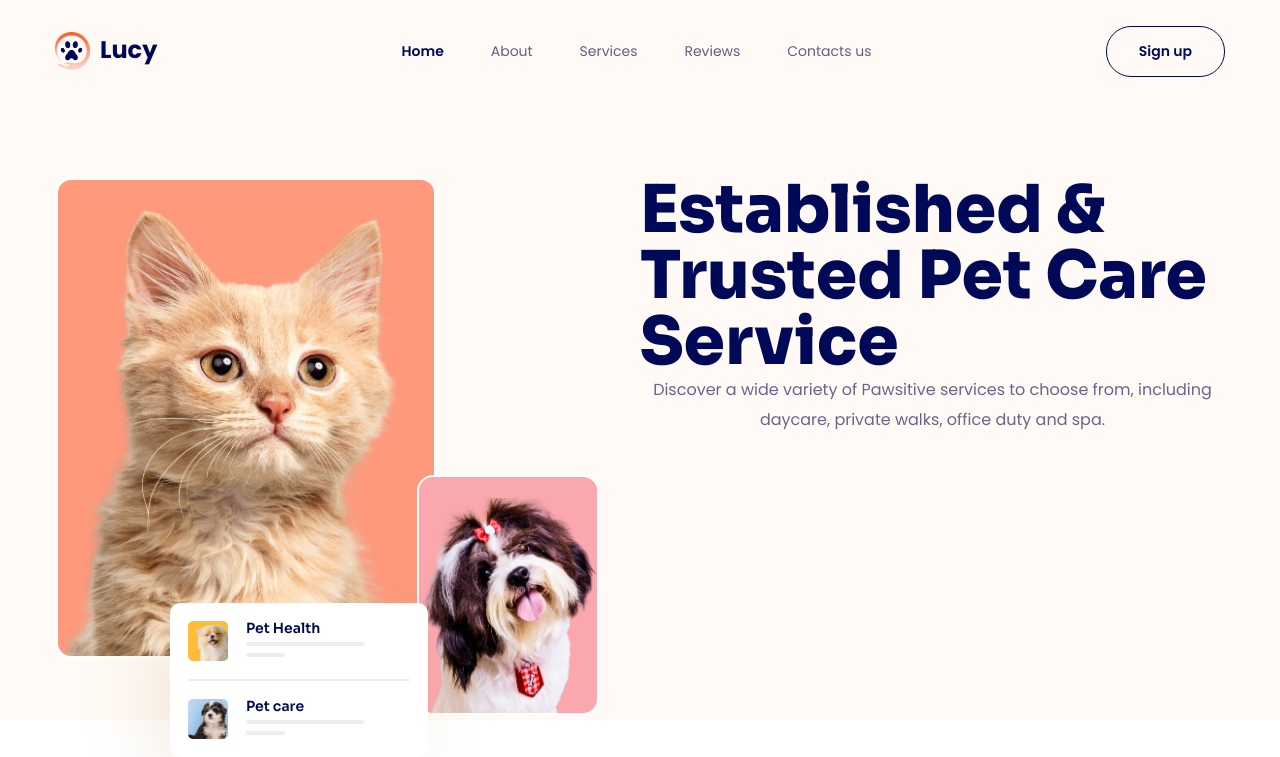
Repository: Cuongquaidan/F8projeact-04
Page: index.html
An editor plug-in stored every save of this project. The page is shown before and after the next save, followed by the edit.
The browser window is 1280 px wide. The pictures show the whole page.

Above is the page before, as saved 2023-04-15 09:48:28.

### index.html
<!DOCTYPE html>
<html lang="en">
    <head>
        <meta charset="UTF-8" />
        <meta http-equiv="X-UA-Compatible" content="IE=edge" />
        <meta name="viewport" content="width=device-width, initial-scale=1.0" />
        <title>F8project-4</title>
        <!-- reset css -->
        <link rel="stylesheet" href="./asset/css/reset.css" />
        <!-- font -->
        <link rel="preconnect" href="https://fonts.googleapis.com" />
        <link rel="preconnect" href="https://fonts.gstatic.com" crossorigin />
        <link
            href="https://fonts.googleapis.com/css2?family=Poppins:ital,wght@0,200;0,300;0,400;0,500;0,600;0,700;0,800;0,900;1,100;1,200;1,300;1,400;1,500;1,600;1,700;1,800;1,900&family=Sora:wght@100;200;300;400;500;600;700;800&display=swap"
            rel="stylesheet"
        />
        <!-- icon -->
        <link
            href="https://unpkg.com/boxicons@2.1.4/css/boxicons.min.css"
            rel="stylesheet"
        />

        <!-- styles -->
        <link rel="stylesheet" href="./asset/css/styles.css" />
        <link rel="stylesheet" href="./asset/css/responsive.css" />
    </head>
    <body>
        <div class="header">
            <div class="container">
                <a href="#" class="brand__link">
                    <div class="header__brand">
                        <img
                            src="./asset/img/logo.png"
                            alt="Lucy"
                            class="brand__img"
                        />
                        <span class="brand__name">Lucy</span>
                    </div>
                </a>
                <ul class="header__nav">
                    <li class="header__nav-item">
                        <a
                            href="#header"
                            class="nav-item__link nav-item--active"
                            >Home</a
                        >
                    </li>
                    <li class="header__nav-item">
                        <a href="#about" class="nav-item__link">About</a>
                    </li>
                    <li class="header__nav-item">
                        <a href="#services" class="nav-item__link">Services</a>
                    </li>
                    <li class="header__nav-item">
                        <a href="#reviews" class="nav-item__link">Reviews</a>
                    </li>
                    <li class="header__nav-item">
                        <a href="#contacts" class="nav-item__link"
                            >Contacts us</a
                        >
                    </li>
                </ul>
                <div class="header__action">
                    <button class="header__action-btn">Sign up</button>
                </div>
            </div>
            <div class="hero">
                <div class="container hero__container">
                    <div class="hero__cards">
                        <div class="cards__media">
                            <div class="cards__main-card">
                                <img src="./asset/img/pattern-1.svg" alt="pattern" class="main-card__decor">
                                <img
                                    src="./asset/img/conmeovang.png"
                                    alt="Meomeo"
                                    class="main-cards__img"
                                />
                                <img src="./asset/img/pattern-2.svg" alt="pattern" class="main-card__decor">
                            </div>
                            <div class="cards__sub-card">
                                <img
                                    src="./asset/img/conchohong.png"
                                    alt="Pets"
                                    class="sub-cards__img"
                                />
                            </div>
                        </div>
                        <div class="cards__info-card">
                            <div class="info-card__pet">
                                <div class="pet__bg-img"><img src="./asset/img/conchovang.png" alt="pets" class="pet__img"></img></div>
                                   <div class="info__inner-card">
                                    <p class="pet__title">Pet Health</p>
                                    <div class="pet__skeleton-long"></div>
                                    <div class="pet__skeleton-short"></div>
                                   </div>

                            </div>
                            <div class="seperate"></div>
                            <div class="info-card__pet">
                                <div class="pet__bg-img"> <img src="./asset/img/conchoxanh.png" alt="pets" class="pet__img"></img></div>
                                <div class="info__inner-card">
                                    <p class="pet__title">Pet care</p>
                                <div class="pet__skeleton-long"></div>
                                <div class="pet__skeleton-short"></div>
                                </div>
                            </div>
                        </div>
                    </div>
                    <section class="hero__contents">
                        <p class="hero__contents-title title">Established &
                            Trusted Pet
                            Care Service</p>
                        <p class="hero__contents-desc desc">
                            Discover a wide variety of Pawsitive services to choose from, including daycare, private walks, office duty and spa.
                        </p>
                    </section>
                </div>
            </div>
        </div>
        <script src="./app.js"></script>
    </body>
</html>

### asset/css/styles.css
* {
    box-sizing: border-box;
}
html {
    font-size: 62.5%;
}

:root {
    --primary-background-color: #fffaf5;
    --primary-font-tittle: "Sora", sans-serif;
    --primary-color: #000958;
}
body {
    font-size: 1.6rem;
    font-family: "Poppins", sans-serif;
}
/* comman */
input,
textarea,
select,
button {
    font-size: inherit;
    font-family: inherit;
}
a {
    text-decoration: none;
    color: #5e6085;
}
.container {
    width: 1170px;
    margin-left: auto;
    margin-right: auto;
    display: flex;
    text-align: center;
}
.title {
    color: var(--primary-color);
    font-family: "Sora", sans-serif;
    font-size: 5.2em;
    font-weight: 800;
    text-align: left;
}
.desc {
    font-weight: 400;
    font-size: 16px;
    line-height: 30px;
    /* or 188% */

    color: #656689;
}
/* header */
.header {
    background-color: var(--primary-background-color);
    padding-top: 26px;
    height: 100vh;
    font-size: 1rem;
}

.header .container {
    justify-content: space-between;
}
.header__brand {
    display: flex;
    text-align: center;
    padding: 6px 0px;
}
.brand__img {
    width: 35px;
    height: auto;
    object-fit: cover;
}
.brand__name {
    color: var(--primary-color);
    font-size: 2.4em;
    font-weight: 700;
    padding: 6px 10px;
}
.header__nav {
    display: flex;
    width: 490px;
    justify-content: space-between;
    text-align: center;
}
.header__nav-item {
    padding: 18px 10px;
    font-size: 1.4em;
    color: #5e6085;
}
.nav-item--active {
    font-weight: 600;
    color: var(--primary-color);
}
.header__action-btn {
    font-size: 1.4em;
    font-weight: 600;
    padding: 14px 32px;
    border: 1px solid var(--primary-color);
    color: var(--primary-color);
    background-color: var(--primary-background-color);
    border-radius: 25px;
}
/* hero */
.hero {
    margin-top: 100px;
    font-size: 1rem;
}
.hero__container {
    display: grid;
    grid-template-columns: repeat(2, 1fr);
}
.hero__cards {
    position: relative;
}
.cards__media {
    display: flex;
    align-items: end;
}

.cards__main-card {
    position: relative;
    width: 382px;
    height: 482px;
    background-color: #fe997b;
    border: 3px solid white;
    border-radius: 16px;
}
.main-cards__img {
    position: absolute;
    bottom: 0;
    left: 0;
    max-width: 100%;
    border-radius: 16px;
}
.main-card__decor {
    position: absolute;
    z-index: -1;
    top: 17px;
    right: -35px;
}
.main-card__decor:nth-child(3) {
    position: absolute;
    top: auto;
    right: auto;
    bottom: 10px;
    left: -58px;
}

.cards__sub-card {
    position: relative;
    margin-left: -20px;
    transform: translateY(56px);
    width: 182px;
    height: 240px;
    background-color: #faa7ad;
    border: 2px solid white;
    border-radius: 16px;
}
.sub-cards__img {
    position: absolute;
    bottom: 0;
    left: 0;
    max-width: 100%;
    border-radius: 16px;
}
.cards__info-card {
    position: absolute;
    top: 426px;
    right: 212px;
    background-color: white;
    box-shadow: -17px 14px 68px -4px rgba(207, 174, 132, 0.25);
    border-radius: 10px;
}

.info-card__pet {
    display: flex;
}
.seperate {
    width: 222px;
    margin-left: 18px;
    margin-right: 18px;
    background-color: #eee;
    height: 2px;
    border-radius: 1px;
}
.pet__bg-img {
    background-color: #fdbf3d;
    margin: 18px;
    width: 40px;
    height: 40px;
    border-radius: 5px;
}
.info-card__pet:nth-child(3) .pet__bg-img {
    background-color: #bcdaf5;
}
.pet__img {
    width: 100%;
    border-radius: 5px;
}
.info__inner-card {
    margin-top: 18px;
    display: flex;
    flex-direction: column;
    align-items: start;
}
.pet__title {
    color: var(--primary-color);
    font-family: "Sora", sans-serif;
    font-size: 1.4em;
    font-weight: 600;
}
.pet__skeleton-long {
    margin-top: 7px;
    margin-bottom: 7px;
    background-color: #eee;
    border-radius: 3px;
    width: 118px;
    height: 4px;
}
.pet__skeleton-short {
    background-color: #eee;
    border-radius: 3px;
    width: 39px;
    height: 4px;
}
.hero__contents-title {
    font-size: 6.6rem;
}

Loaded but not shown: asset/css/reset.css (common file); app.js (no copy from this time; the picture is the same without it); asset/css/responsive.css (no stored copy; drawn as an empty file)

After the next save:
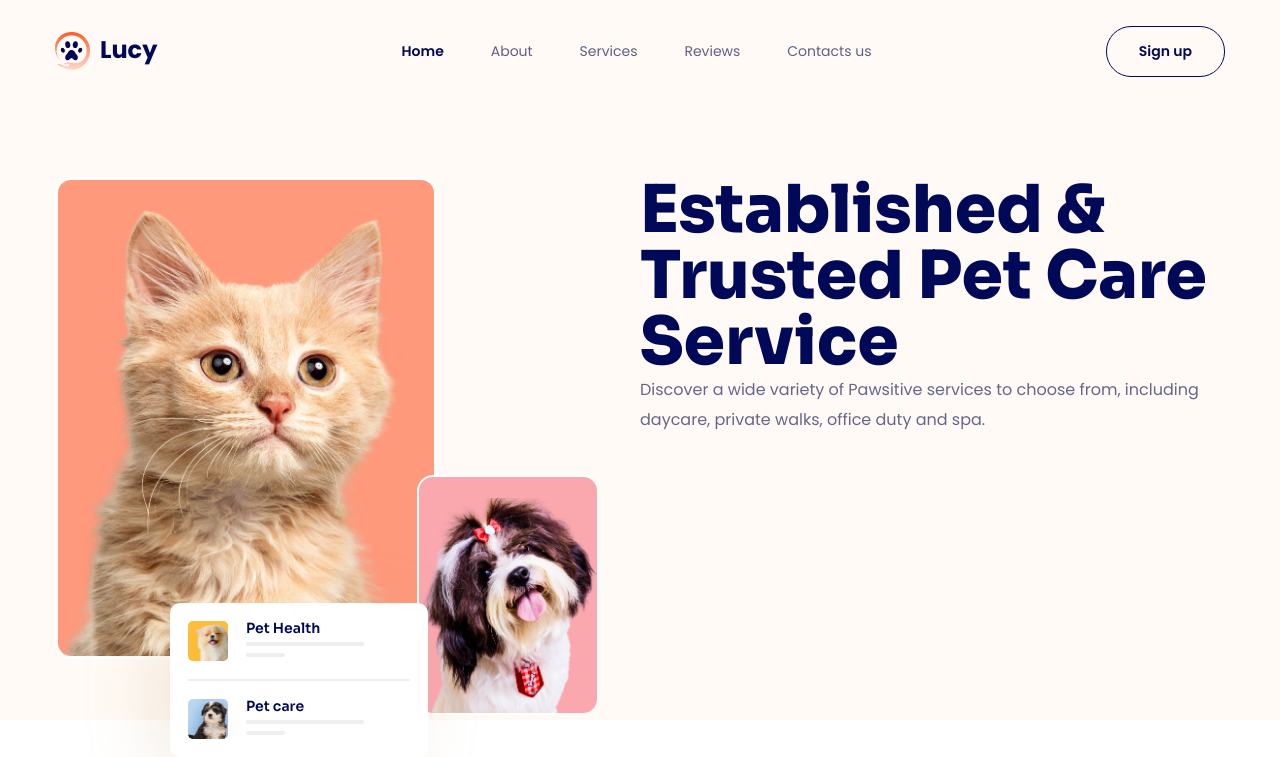
Saved 36 s later.
--- a/asset/css/styles.css
+++ b/asset/css/styles.css
@@ -44,8 +44,7 @@ a {
     font-weight: 400;
     font-size: 16px;
     line-height: 30px;
-    /* or 188% */
-
+    text-align: left;
     color: #656689;
 }
 /* header */
